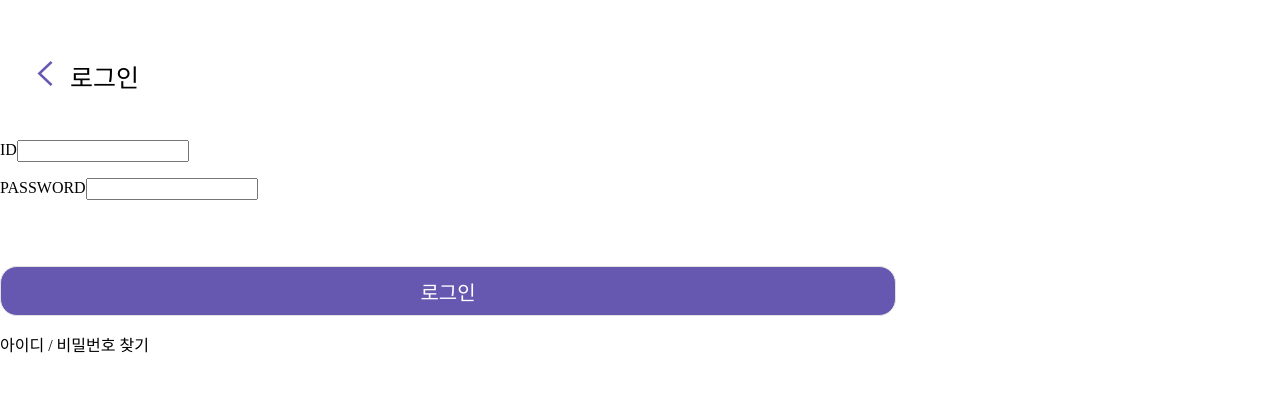
Repository: PEPI-dev/UI
Page: login/login.html
An editor plug-in stored every save of this project. The page is shown before and after the next save, followed by the edit.
The browser window is 1280 px wide. The pictures show the whole page.
Some web fonts or font styles are not loaded; a fallback is used.

Above is the page before, as saved 2023-12-05 15:08:24.

### login/login.html
<!DOCTYPE html>
<html lang="en">
<head>
    <meta charset="UTF-8">
    <meta name="viewport" content="width=device-width, initial-scale=1.0">
    <title>Login</title>
    <link rel="stylesheet" href="./log.css">
    <link rel ="stylesheet" type="text/css" href="../a_XEIcon-2.2.0/xeicon.min.css">
</head>
<body>

    <header>
        <i class="xi-angle-left" id="back"></i>
        <span id="txt_login">로그인</span>
    </header>

    <div id="container">
    <form action="#">
        <p class="input_form"><label for="ID" class="txt_input">ID</label><input class="field" id="ID" type="text"></input></p>

        <p class="input_form"><label for="password" class="txt_input">PASSWORD</label><input class="field" id="password" type="password" ></input></p>

        <button id="login">로그인</button>

        <p id="find_id">아이디 / 비밀번호 찾기</p>
    </form>
    </div>

</body>
</html>

### login/log.css
/*색상*/
.purple {
    background-color: #6658B1;
}

.gold {
    background-color: #EF9E3E;
}

.yellow {
    background-color: #F6C080;
}

/*폰트 -> 이거만 사용, 이미 적용시켜놨어용*/
@font-face {
    font-family: 'Pretendard-Regular';
    src: url('https://cdn.jsdelivr.net/gh/Project-Noonnu/noonfonts_2107@1.1/Pretendard-Regular.woff') format('woff');
    font-weight: 400;
    font-style: normal;
}

* {
    font-family: 'Pretendard-Regular';
}
/*기본 설정*/
html {
    font-size: 16px;
    box-sizing: border-box;
}

body, header{
    width: 100%;
    font-size: 1rem;
    margin: 0;
    padding: 0;
    box-sizing: border-box;
}

/*뒤로가기 버튼*/

header {
    padding: 30px;
    padding-top: 50px;
    display: flex;
    font-size: 30px;
    font-weight: 500;
    margin-top: 8px;
}

.xi-angle-left {
    color: #6658B1;
    font-size: 30px;
}

#txt_login{
    font-size: 25px;
    margin-left: 10px;
}



.container{
    width: 80%;
    margin: auto;
    padding: 0;
    box-sizing: border-box;
}
/*검색창, 입력창*/
.search {
    border: 1px solid #d1d0d0;
    border-radius: 10px;
    width: 100%;
    height: 40px;
    padding: 5px 20px;
    box-sizing: border-box;
}






#login {
    background-color: #6658B1;
    color: white;
    border: 1px solid #E1E1E1;
    font-size: 20px;
    font-family: 'main_font';
    font-weight: 500;
    border-radius: 17px;
    width: 70%;
    height: 50px;
    margin-top: 50px;
}

footer {
    height: 60px;
}

Loaded but not shown: a_XEIcon-2.2.0/xeicon.min.css (library)

After the next save:
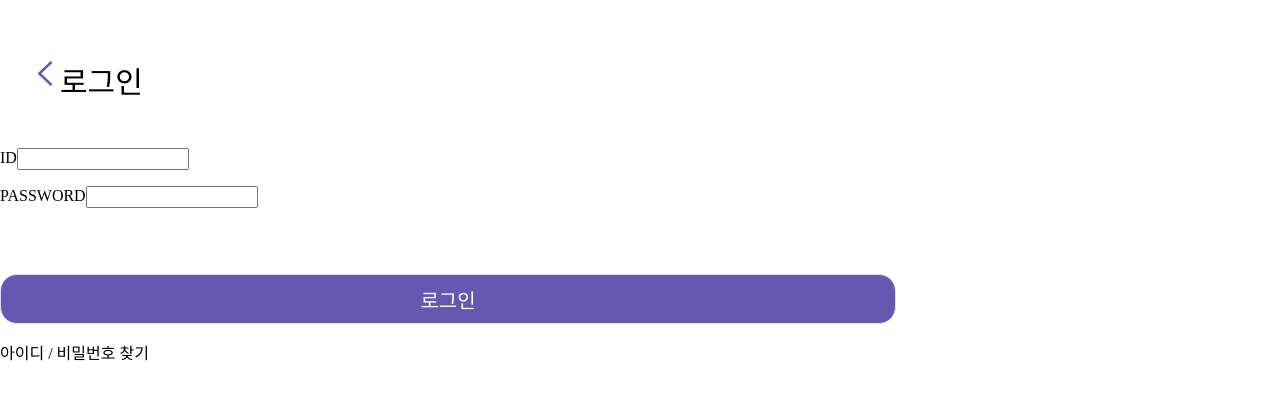
Saved 48 s later.
--- a/login/login.html
+++ b/login/login.html
@@ -11,7 +11,7 @@
 
     <header>
         <i class="xi-angle-left" id="back"></i>
-        <span id="txt_login">로그인</span>
+        <span id="title">로그인</span>
     </header>
 
     <div id="container">

After the save that followed:
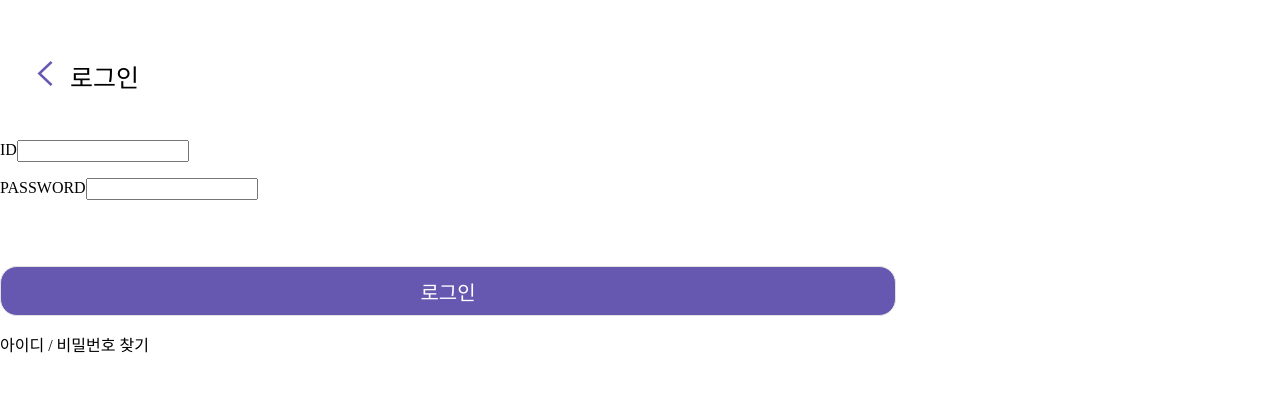
Saved 8 s later.
--- a/login/log.css
+++ b/login/log.css
@@ -52,7 +52,7 @@ header {
     font-size: 30px;
 }
 
-#txt_login{
+#title{
     font-size: 25px;
     margin-left: 10px;
 }
